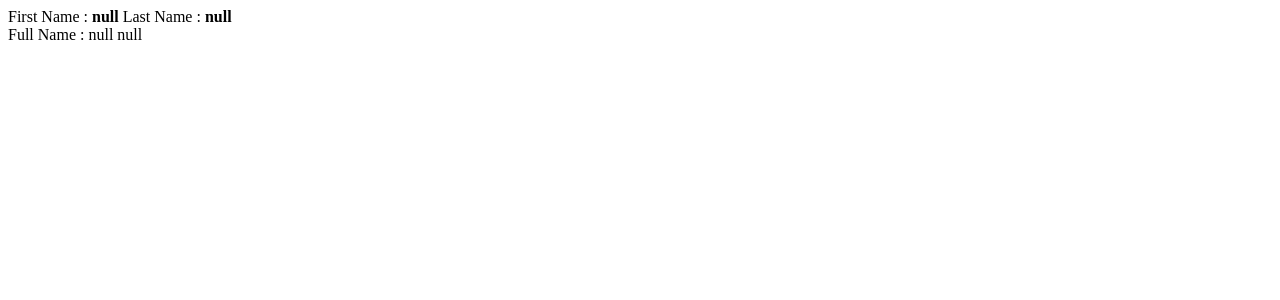
Repository: Sunil-731820/AllWorkingModels
Page: http://localhost/JSFUsingBean/NameBean.jsp
These files come from the project's save history. The page is drawn as it stood at one moment and after a run of saves; the edit follows.
The browser window is 1280 px wide. The pictures show the whole page.
The page is served by Tomcat 9.

Above is the page before, as saved 2022-10-27 04:39:58.

After the next 3 saves:
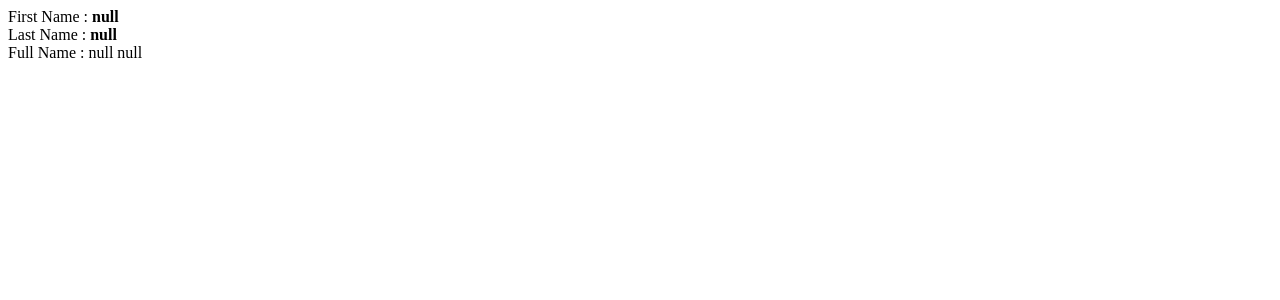
The 3 saves are shown as one change because 2 did not build or start.
The last was saved 12 min 13 s later.
--- a/HibernatesProject/JSFUsingBean/src/main/webapp/NameBean.jsp
+++ b/HibernatesProject/JSFUsingBean/src/main/webapp/NameBean.jsp
@@ -9,9 +9,9 @@
 <body>
 
 <jsp:useBean id="bean1" class="com.java.jsf.NameBean"/>
-<jsp:setProperty property="*" name="bean1"/>
+<jsp:setProperty property="*" name=""/>
 First Name : <b> <jsp:getProperty property="firstName" name="bean1"/> </b>
-Last Name : <b> <jsp:getProperty property="lastName" name="bean1"/> </b>
+<br>Last Name : <b> <jsp:getProperty property="lastName" name="bean1"/> </b>
 <br>
 Full Name : <%=bean1.fullName() %>
 
